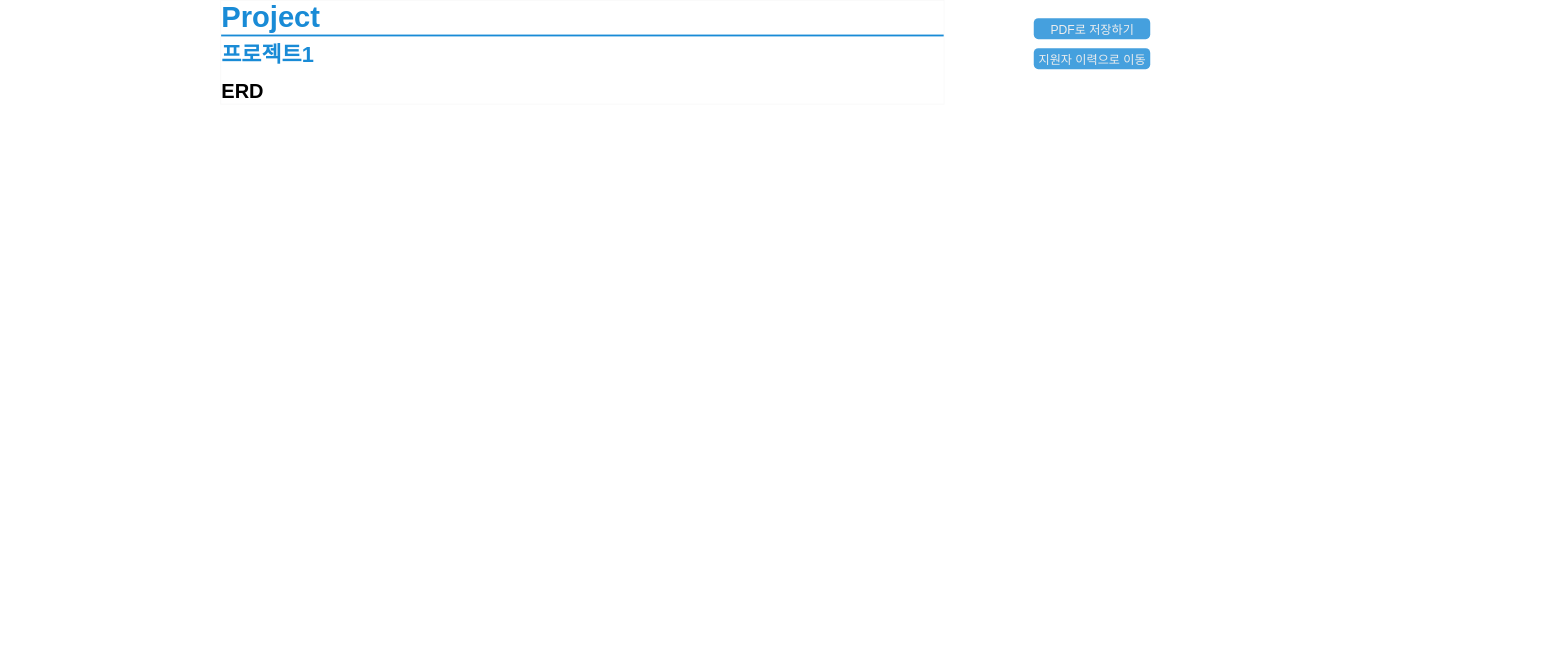
Repository: DooBae-KR/MySelf
Page: /project
The author's editor kept a copy of each file at every save. The page is drawn from the files as they stood at one save, then again after a run of saves.
The browser window is 1280 px wide. The page is 1280 px wide, then 1706 px, so the pictures cover 1706 px, including what lies to the right of the window. The pictures show the whole page, at 91% of full size.
The project was rebuilt for these pictures with package versions that can differ from the ones it lists, and the page was loaded fresh each time. Also part of the build but not shown: src/data/MyInform.js, src/pages/Myself.js.

Above is the page before, as saved 2025-07-24 16:54:25.

### src/App.js
import { BrowserRouter, Routes, Route } from 'react-router-dom';
import Project from './pages/Project';
import MySelf from './pages/Myself';

import './styles/header.css';

function App() {
  return (
  <BrowserRouter>
    <Routes>
      <Route path={'/'} element={<MySelf/>} />
      <Route path={'/project'} element={<Project/>}/>
    </Routes>
  </BrowserRouter>
  );
}

export default App;

### src/pages/Project.js
import { useRef } from "react"
import PageButton from "./PageButton"
export default function Project(){
    const pdfRef = useRef();

    return(
        <div>
            <PageButton/>
            <div className="container">
               <div ref={pdfRef} className="A4 rec">
                <div className="title">Project</div>
                <div className="contentTitle">프로젝트1</div>
                    <div className="container">
                        <div className="contianer col">
                            <h2>ERD</h2>


                        </div>
                    </div>
                </div>
            </div>
        </div>
    )
}

### src/styles/header.css


* {
    margin: 0;
    padding: 0;
    font-family: "Asta Sans", sans-serif;
    font-optical-sizing: auto;
    font-size: 10pt;
    font-weight: 400;
    font-style: normal;
    }

    .container {
        display :flex;
    }

    .headerLogo {
        width: 100vw;
        height: 100px;
        justify-content: space-between;
        padding: 0;
        border-bottom: 2px solid #db8b23;
    }
    .logo{
        padding: 15px;
        margin-left: 10px;
        width: 100px;
        height: 100px;
        font-size: 50px;
        font-weight: bolder;
        font-style: italic;
        cursor: pointer;
        align-items: center;
    }
    .logoTitle{
        display: flex;
        font-size: 50px;
        align-items: center;


    }
    .headerLogo input{
        margin: 15px;
        padding: 3px 5px;
        border: 1px solid #db8b239d;
        border-radius: 10px;

    }

    .A4.rec{
        width: 210mm;
        height: auto;
        border: 1px solid #aaaaaa11;
        margin: 0 auto;
    }
    .title{
        font-size: 24pt;
        color:rgb(25, 139, 214);
        font-weight: 700;
        border-bottom: 2px solid rgb(25, 139, 214);
    }
    .content{
        width: 100%;
        flex-direction: column;
    }
    .contentTitle{
        margin-bottom: 10pt;
        font-size: 18pt;
        font-weight: 700;
        color:rgb(25, 139, 214);
    }
    .context.left{
        margin-left: 35px;
    }

    .context p{
        margin: 5px 3px 5px 3px;
    }
    .context strong{
        margin-left: 15px;
        font-weight: bold;
    }
    .line {
        margin: 30px 0px;
        border: 0.5px solid rgb(25, 139, 214);
    }
    .imgBox{
        margin-left: 15px;
        width: 90px;
        height: 120px;
        overflow: hidden;
        display: block;
        border-radius: 50%;
        display: flex;
        justify-content: center;
        align-items: center;
    }

    .myimg{
        transform: translate(3px,10px);
        width: 120%;
        height: 120%;
        object-fit: cover;
    }
    .workTitle{
        color: #333;
    }
    pre{
        margin: 5px 0px 5px 30px;
        white-space: pre-line;

    }
    h2{
        font-size: 22px;
        font-weight: 700;
    }
    .work-item{
        display: flex;
        flex-direction: column;
        margin-bottom: 10px;
    }

    .work-item strong{
        font-size: 18px;
        margin: 10px 5px;
    }
    .container.col{
        flex-direction: column;
        width: 50%;
        padding:10px;
    }
    .imgQr{
        width: 100px;
        height: 100px;
    }
    .work-item a{
        width: 120px;
        height: 100%;
        margin-left: 15px;
        margin-bottom: 20px;
    }
    .htmltoPdfbtn{
        display: flex;
        flex-direction: column;
        position: absolute;
        right: 16px;
        gap: 10px;
    }
    .htmltoPdfbtn button{
        border: none;
        background-color: rgba(25, 138, 214, 0.808);
        padding: 2px 5px;
        color: #eee;
        border-radius: 5px;
        z-index: 100;
        cursor: pointer;
    }
    .placeholder{
        color: #ccc;
        margin-top: -10px;
        margin-left: 15px;
        margin-bottom: 5px;
    }

### src/pages/PageButton.js
import { useLocation, useNavigate } from "react-router-dom";
import { useRef } from "react";
import html2pdf from "html2pdf.js";

export default function PageButton() {
  const navigate = useNavigate();
  const location = useLocation();

  // PDF 변환
  const pdfRef = useRef();
  const handleDownloadPDF = () => {
    const element = pdfRef.current;
    const opt = {
      margin: 0.2,
      filename: "이력서.pdf",
      image: { type: "jpeg", quality: 0.98 },
      html2canvas: { scale: 2 },
      jsPDF: { unit: "in", format: "a4", orientation: "portrait" },
    };
    html2pdf().set(opt).from(element).save();
  };

  // 프로젝트 이동
  const goProject = () => {
    if (location.pathname === "/project") {
      navigate("/"); // 이력서 페이지 경로 예시 (필요 시 변경 가능)
    } else {
      navigate("/project");
    }
  };

  // 현재 경로에 따라 버튼 문구 다르게 설정
  const buttonText =
    location.pathname === "/project"
      ? "지원자 이력으로 이동"
      : "프로젝트로 이동하기";

  return (
    <div className="htmltoPdfbtn" style={{ textAlign: "center", marginTop: "20px" }}>
      <button onClick={handleDownloadPDF}>PDF로 저장하기</button>
      <button onClick={goProject}>{buttonText}</button>
    </div>
  );
}

Loaded but not shown: public/index.html (common file); src/index.js (common file); src/index.css (common file); src/reportWebVitals.js (common file)

After the next 4 saves:
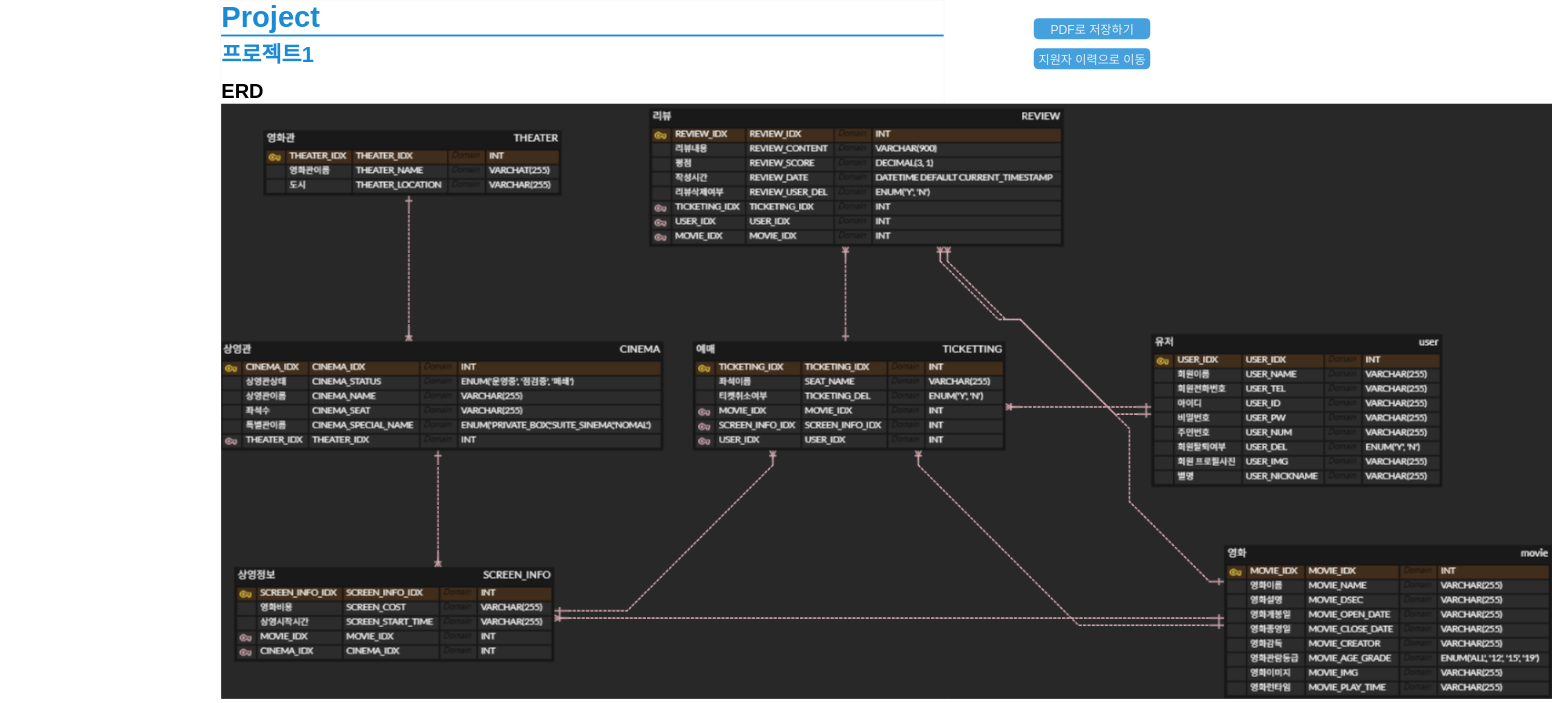
The 4 saves are shown as one change because 2 did not build or start and some came seconds apart.
The last was saved 3 min 44 s later.
--- a/src/pages/Project.js
+++ b/src/pages/Project.js
@@ -1,5 +1,6 @@
 import { useRef } from "react"
 import PageButton from "./PageButton"
+import pr1ERD from "../data/img/pr1ERD.png";
 export default function Project(){
     const pdfRef = useRef();
 
@@ -13,6 +14,7 @@
                     <div className="container">
                         <div className="contianer col">
                             <h2>ERD</h2>
+                            <img src={pr1ERD}/>
 
 
                         </div>
